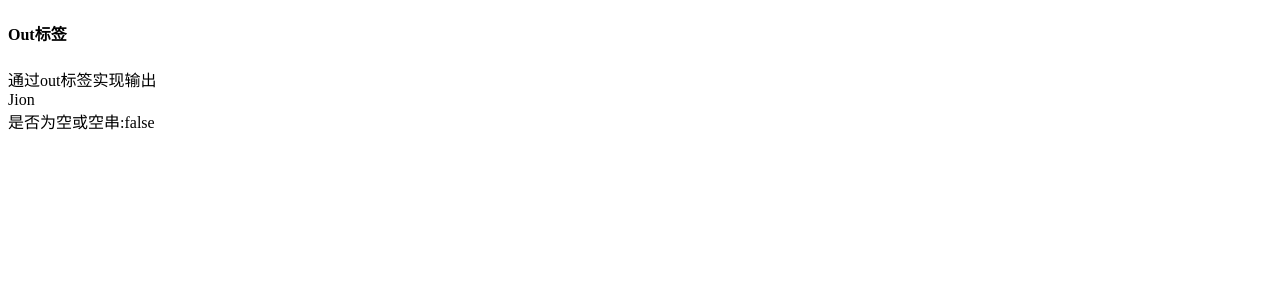
Repository: jionjion/JAVA_WorkSpace
Page: http://localhost/ServletClient/modules/jstlBase/baseI.jsp
An editor plug-in stored every save of this project. The page is shown before and after the next save, followed by the edit.
The browser window is 1280 px wide. The pictures show the whole page.
The page is served by Tomcat 9. Other server files are loaded and not shown.

Above is the page before, as saved 2017-07-18 12:49:36.

### ServletClient/WebContent/modules/jstlBase/baseI.jsp
<%@ page language="java" contentType="text/html; charset=UTF-8"
    pageEncoding="UTF-8" %>
<%@ taglib uri="http://java.sun.com/jsp/jstl/core" prefix="c" %>
<!DOCTYPE html PUBLIC "-//W3C//DTD HTML 4.01 Transitional//EN" "http://www.w3.org/TR/html4/loose.dtd">
<html>
<head>
<meta http-equiv="Content-Type" content="text/html; charset=UTF-8">
<title>Insert title here</title>
</head>
<body>
	<h4>Out标签</h4>
	<!-- 直接输出 -->
	<c:out value="通过out标签实现输出"></c:out>
	<br>

	<% request.setAttribute("username", "Jion"); %>
	<!-- 使用EL对象输出 -->
	<c:out value="${username}"></c:out>
	<br>

	<!-- EL运算符 -->
	<c:out value="是否为空或空串:${empty username }"></c:out>
	<br>
</body>
</html>

After the next save:
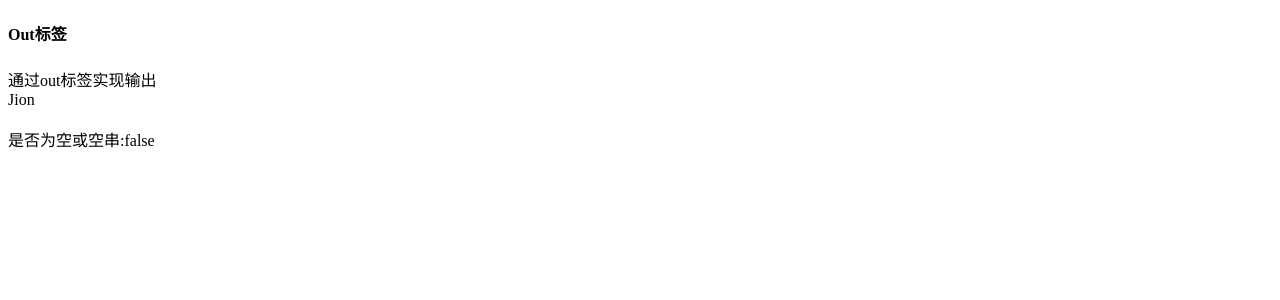
Saved 3 min 10 s later.
--- a/ServletClient/WebContent/modules/jstlBase/baseI.jsp
+++ b/ServletClient/WebContent/modules/jstlBase/baseI.jsp
@@ -14,8 +14,11 @@
 	<br>
 
 	<% request.setAttribute("username", "Jion"); %>
-	<!-- 使用EL对象输出 -->
+	<!-- 使用EL对象输出变量 -->
 	<c:out value="${username}"></c:out>
+	<br>
+	<!--  -->
+
 	<br>
 
 	<!-- EL运算符 -->
